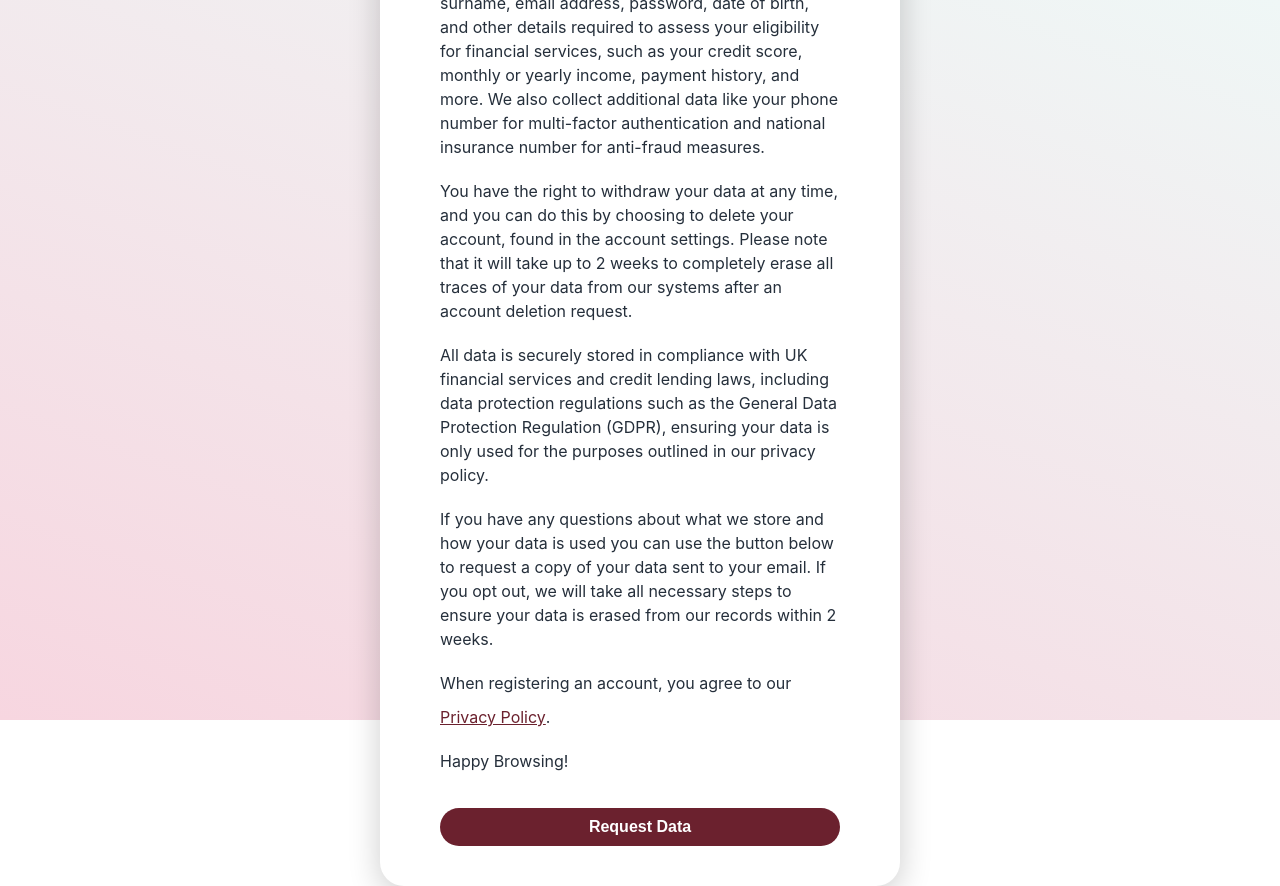
Repository: aab232/https---github.com-aab232-Deferred-Payment-Platform
Page: /privacy (app in frontend/)
These files come from the project's save history. The page is drawn as it stood at one moment and after the next save; the edit follows.
The browser window is 1280 px wide. The pictures show the whole page.
The project was rebuilt for these pictures with package versions that can differ from the ones it lists, and the page was loaded fresh each time. Also part of the build but not shown: frontend/src/components/Home.js, frontend/src/components/Register.js, frontend/src/components/Login.js, frontend/src/components/Main.css, frontend/src/components/Main.js, frontend/src/components/BackButton.css, frontend/src/components/BackButton.js, frontend/src/components/Settings.js.

Above is the page before, as saved 2025-04-01 02:21:21.

After the next save:
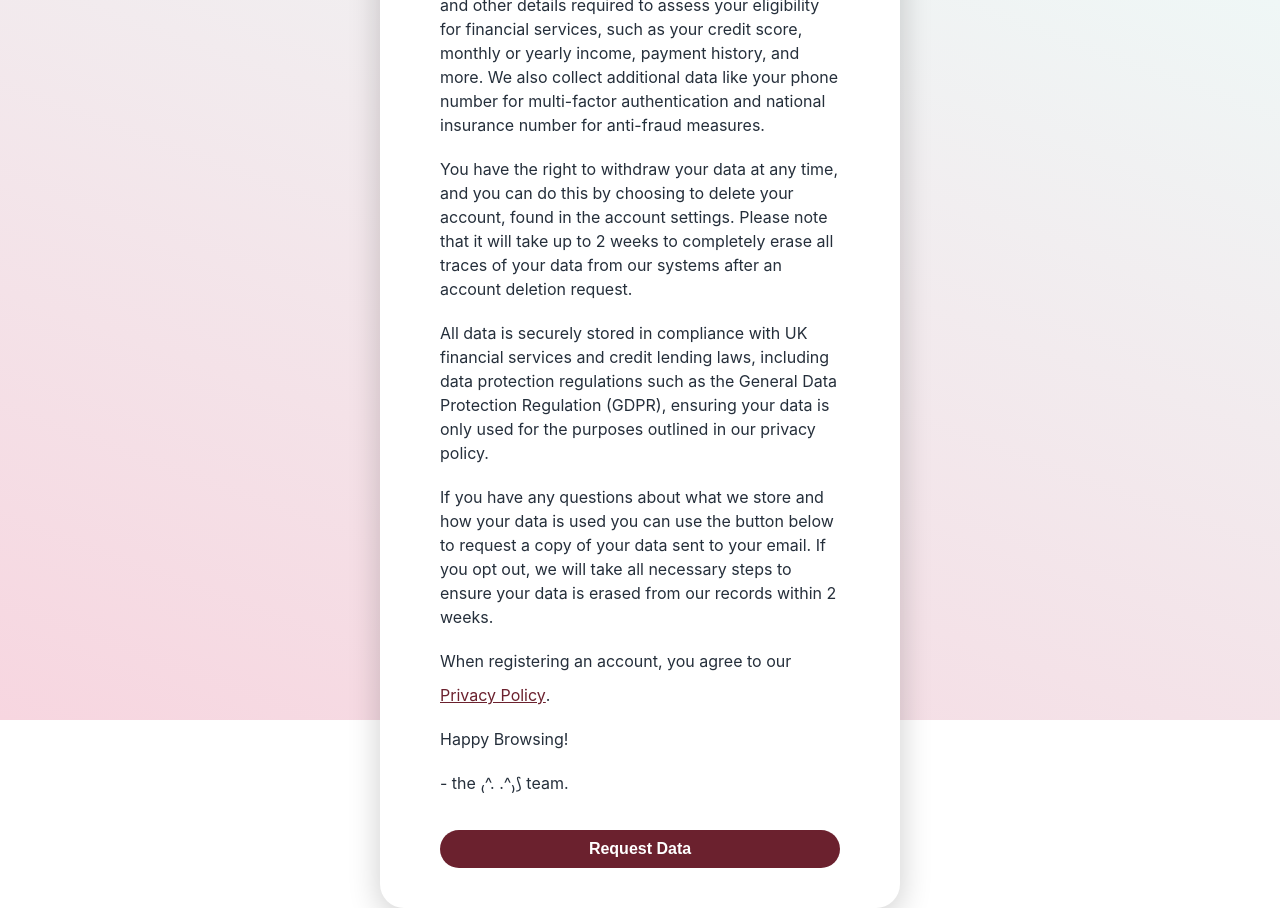
Saved 28 s later.
--- a/frontend/src/components/Privacy.js
+++ b/frontend/src/components/Privacy.js
@@ -18,6 +18,8 @@
         <p>When registering an account, you agree to our <span className="link">Privacy Policy</span>.</p>
 
         <p>Happy Browsing!</p>
+
+        <p>- the ₍^. .^₎⟆ team.</p>
         <button class="request-data-btn">Request Data</button>
       </div>
     </div>

After the 2 saves that followed:
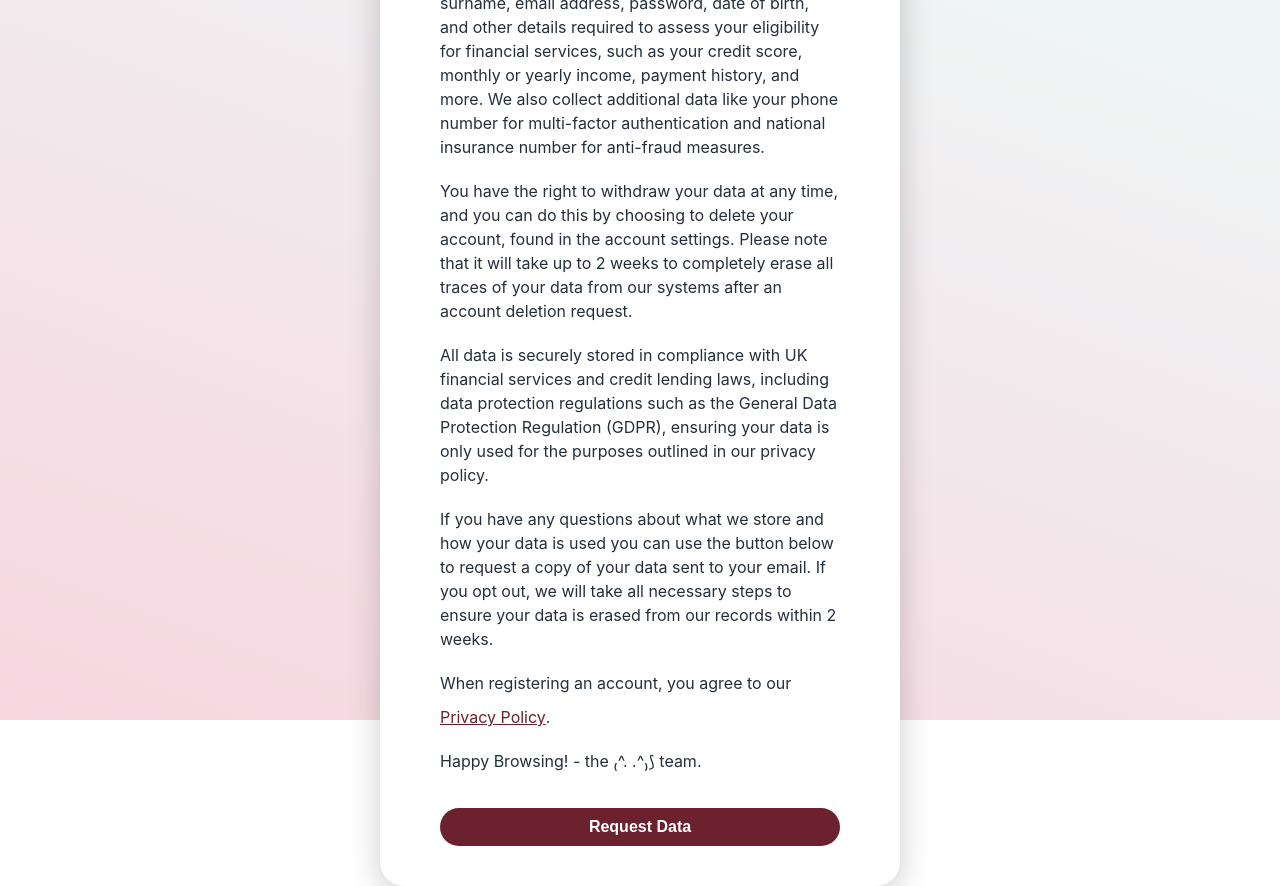
The 2 saves are shown as one change because 1 left the picture as it was.
The last was saved 25 s later.
--- a/frontend/src/components/Privacy.js
+++ b/frontend/src/components/Privacy.js
@@ -17,9 +17,9 @@
 
         <p>When registering an account, you agree to our <span className="link">Privacy Policy</span>.</p>
 
-        <p>Happy Browsing!</p>
-
-        <p>- the ₍^. .^₎⟆ team.</p>
+        <p>Happy Browsing!
+        - the ₍^. .^₎⟆ team.
+        </p>
         <button class="request-data-btn">Request Data</button>
       </div>
     </div>
